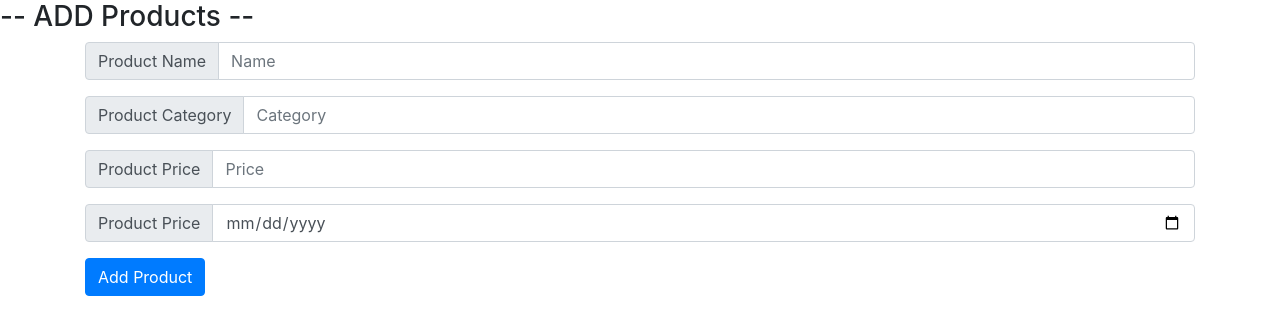
Repository: anikshaShetty/spring-boot
Page: Desktop/test1/springbootemp/src/main/resources/static/view.html
An editor plug-in stored every save of this project. The page is shown before and after the next save, followed by the edit.
The browser window is 1280 px wide. The pictures show the whole page.

Above is the page before, as saved 2020-02-15 09:35:32.

After the next save:
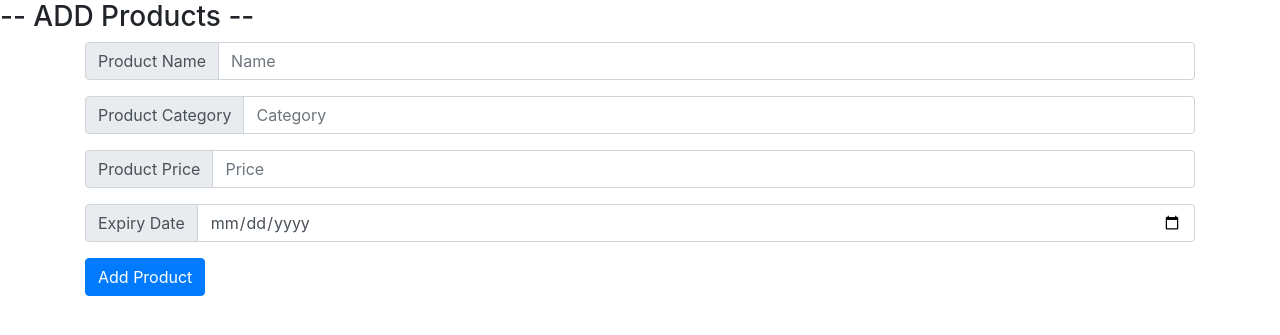
Saved 3 min 5 s later.
--- a/Desktop/test1/springbootemp/src/main/resources/static/view.html
+++ b/Desktop/test1/springbootemp/src/main/resources/static/view.html
@@ -37,7 +37,7 @@
 
         <div class="input-group mb-3">
             <div class="input-group-prepend">
-                <span class="input-group-text" id="basic-addon1">Product Price</span>
+                <span class="input-group-text" id="basic-addon1">Expiry Date</span>
             </div>
             <input id="daate" type="date" class="form-control" placeholder="Date" aria-label="Username"
                 aria-describedby="basic-addon1">
